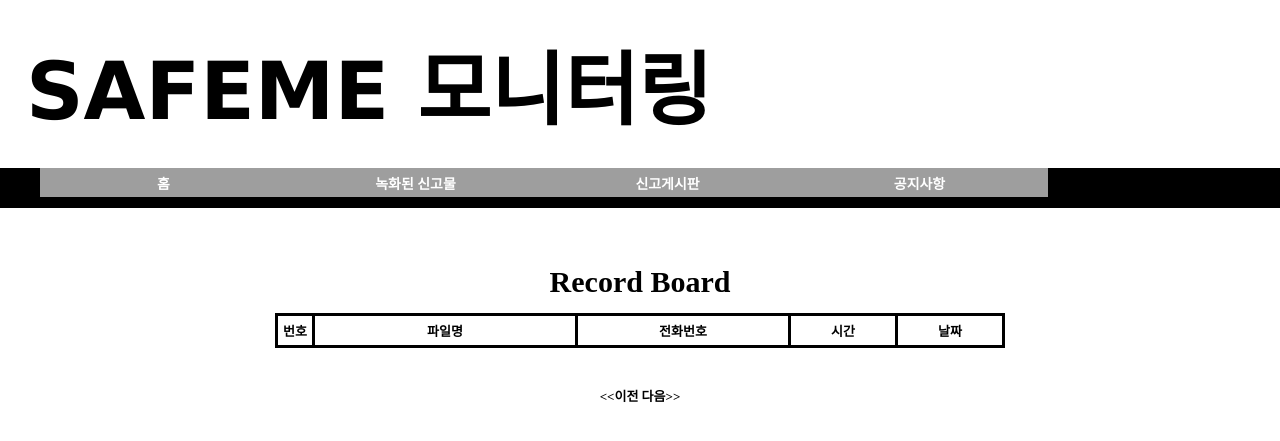
Repository: imdasom/SafeMe
Page: http://localhost/SafeMe/homepage/recordkesipan.jsp
The author's editor kept a copy of each file at every save. The page is drawn from the files as they stood at one save, then again after the next save.
The browser window is 1280 px wide. The pictures show the whole page.
Pictures or frames that could not be fetched are drawn as grey boxes. The page is served by Tomcat 9. Queries for data that is not in the repository find no rows.

Above is the page before, as saved 2015-12-14 07:22:59.

After the next save:
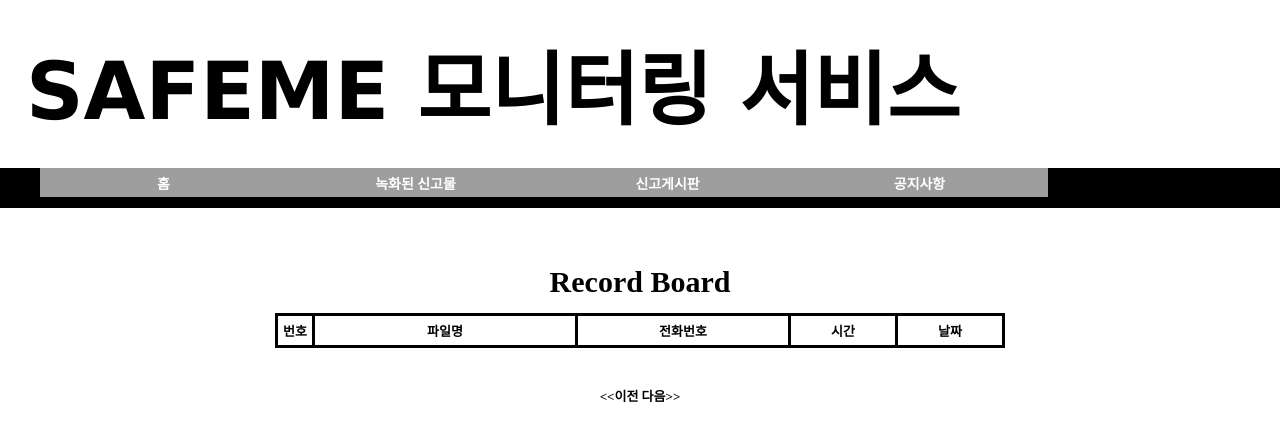
Saved 2 s later.
--- a/FinalSafeMeWeb/SafeMe/homepage/Home.jsp
+++ b/FinalSafeMeWeb/SafeMe/homepage/Home.jsp
@@ -80,7 +80,7 @@ h2{
 
                 <body>
 
-                        <h2>SAFEME 모니터링</h2>
+                        <h2>SAFEME 모니터링 서비스</h2>
                         <div id="tabsE">
                                 <ul>
                                         <!-- CSS Tabs -->
